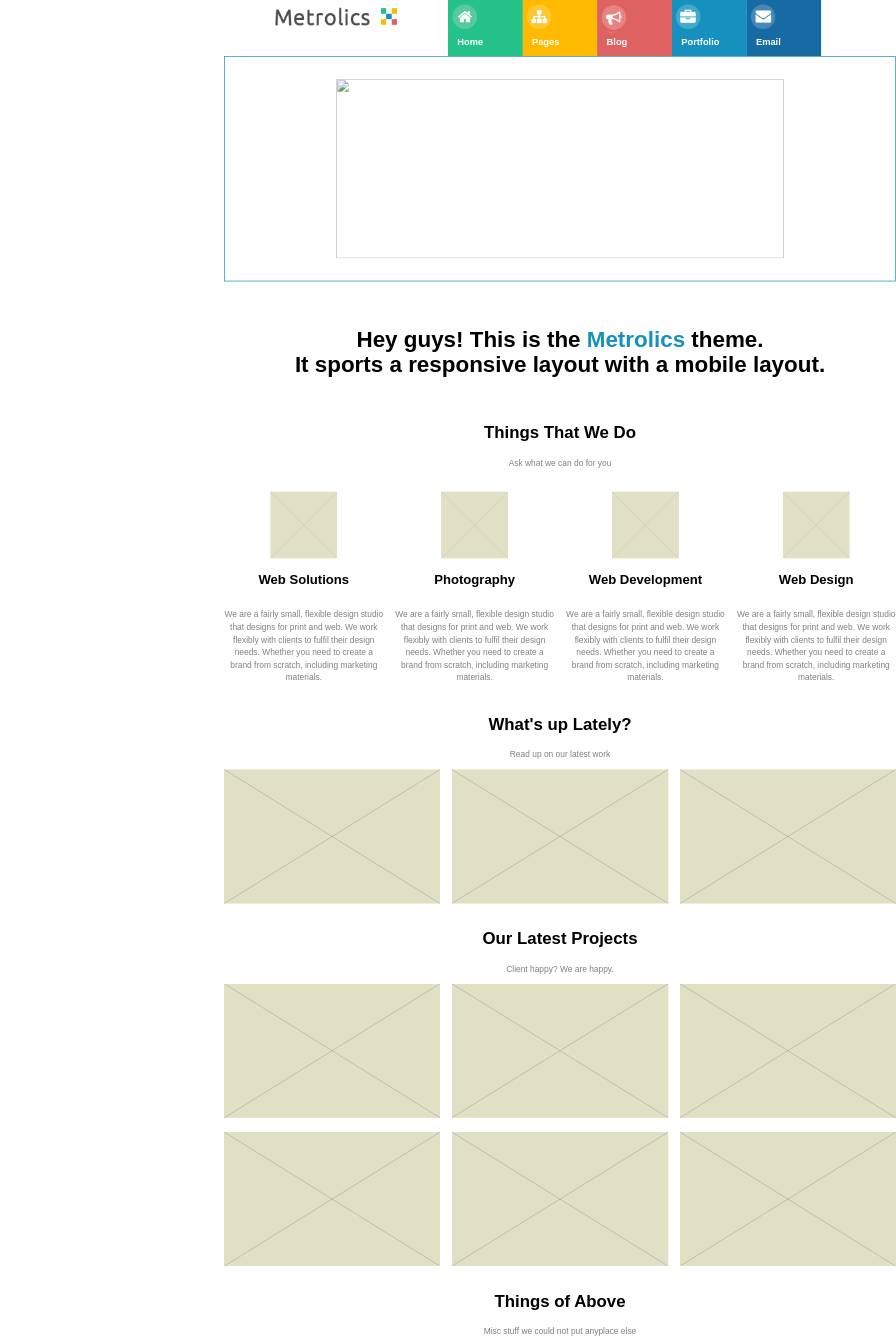
Repository: pjiang604/mdia2003-lab03b
Page: index.html
An editor plug-in stored every save of this project. The page is shown before and after a run of saves, followed by the edit.
The browser window is 1280 px wide. The pictures show the part of the page from y = 0 to 1920 px (the page is 2722 px tall), at 70% of full size.

Above is the page before, as saved 2023-01-31 21:10:54.

### index.html
<!DOCTYPE html>
<html lang="en">

<head>
    <meta charset="UTF-8">
    <meta http-equiv="X-UA-Compatible" content="IE=edge">
    <meta name="viewport" content="width=device-width, initial-scale=1.0">
    <title>Metrolics</title>
    <link rel="stylesheet" href="style.css">
    <link rel="preconnect" href="https://fonts.google.com/specimen/Ubuntu?query=ubuntu">
</head>

<body>
    <nav>
        <div class="nav row l-col-6-1 m-col-6-1 s-col-2-2">
            <div class="logoColumn">
                <img src="img/icons/logo.png" alt="logo" class="logo">
            </div>
            <a href="/">
                <div class="col hide navTab homeTab">
                    <img src="img/icons/home.png" class="navBarIcons">
                    <h5>Home</h5>
                </div>
            </a>
            <a href="/">
                <div class="col hide navTab pagesTab">
                    <img src="img/icons/pages.png" class="navBarIcons">
                    <h5> Pages</h5>
                </div>
            </a>
            <a href="/">
                <div class="col hide navTab blogTab">
                    <img src="img/icons/blog.png" class="navBarIcons">
                    <h5>Blog</h5>
                </div>
            </a>
            <a href="/">
                <div class="col hide navTab portfolioTab">
                    <img src="img/icons/portfolio.png" class="navBarIcons">
                    <h5>Portfolio</h5>
                </div>
            </a>
            <a href="/">
                <div class="col hide navTab emailTab">
                    <img src="img/icons/email.png" class="navBarIcons">
                    <h5>Email</h5>
                </div>
            </a>
            <div class="col hamburger">
                <p>[HAM MENU]</p>
            </div>
        </div>
    </nav>

    <div class="carousel hide">
        <div class="carouselSlides">
            <img class="carouselPicture" src="">
        </div>
    </div>

    <main>
    <div class="tagLine">
        <h1>Hey guys! This is the <span class="metroColor">Metrolics</span> theme.<br> It sports a responsive layout
            with a mobile layout.</h1>
    </div>

    <div class="services-section">
        <div class="col headerMargin">
            <h2>Things That We Do</h2>
            <p>Ask what we can do for you</p>
        </div>
        <div class="row l-col-4-1 m-col-2-1 s-col-1-4">
            <div class="col card">
                <img src="img/placeholder.svg" class="serviceImg" alt="">
                <h3>Web Solutions</h3>
                <p>We are a fairly small, flexible design studio that designs for print and web. We work flexibly with
                    clients to fulfil their design needs. Whether you need to create a brand from scratch, including
                    marketing materials.</p>
            </div>
            <div class="col card">
                <img src="img/placeholder.svg" class="serviceImg" alt="">
                <h3>Photography</h3>
                <p>We are a fairly small, flexible design studio that designs for print and web. We work flexibly with
                    clients to fulfil their design needs. Whether you need to create a brand from scratch, including
                    marketing materials.</p>

            </div>
            <div class="col card">
                <img src="img/placeholder.svg" class="serviceImg" alt="">
                <h3>Web Development</h3>
                <p>We are a fairly small, flexible design studio that designs for print and web. We work flexibly with
                    clients to fulfil their design needs. Whether you need to create a brand from scratch, including
                    marketing materials.</p>
            </div>
            <div class="col card">
                <img src="img/placeholder.svg" class="serviceImg" alt="">
                <h3>Web Design</h3>
                <p>We are a fairly small, flexible design studio that designs for print and web. We work flexibly with
                    clients to fulfil their design needs. Whether you need to create a brand from scratch, including
                    marketing materials.</p>
            </div>
        </div>
    </div>
    <div class="recent-news headerMargin">
        <div class="col">
            <h2>What's up Lately?</h2>
            <p>Read up on our latest work</p>
        </div>
        <div class="row l-col-3-1 m-col-2-1 s-col-1-4">
            <div class="col">
                <img src="img/placeholder.svg" class="image-post" alt="">
            </div>
            <div class="col">
                <img src="img/placeholder.svg" class="image-post" alt="">
            </div>
            <div class="col">
                <img src="img/placeholder.svg" class="image-post" alt="">
            </div>
            <div class="hidden-photo">
                <img src="img/placeholder.svg" class="image-post" alt="">
            </div>
        </div>
    </div>
    <div class="latest-projects-section headerMargin">
        <div class="col">
            <h2>Our Latest Projects</h2>
            <p>Client happy? We are happy.</p>
        </div>
        <div class="row l-col-3-1 m-col-2-1 s-col-1-1">
            <div class="col">
                <img src="img/placeholder.svg" class="image-post" alt="">
            </div>
            <div class="col">
                <img src="img/placeholder.svg" class="image-post" alt="">
            </div>
            <div class="col">
                <img src="img/placeholder.svg" class="image-post" alt="">
            </div>
            <div class="col">
                <img src="img/placeholder.svg" class="image-post" alt="">
            </div>
            <div class="col">
                <img src="img/placeholder.svg" class="image-post" alt="">
            </div>
            <div class="col">
                <img src="img/placeholder.svg" class="image-post" alt="">
            </div>
        </div>
    </div>

    <div class="col headerMargin">
        <h2>Things of Above</h2>
        <p>Misc stuff we could not put anyplace else</p>
    </div>
    <div class="row accordion l-col-2-1 m-col-1-2 s-col-1-1">
        <div class="col">
            <p>[ACCORDION HERE]</p>
        </div>
        <div class="col">
            <p>[TABS HERE]</p>
        </div>
    </div>



    <div class="row companies l-col-5-1 m-col-5-1">
        <div class="col">
            <img src="img/placeholder.svg" class="comp-logo" alt="">
        </div>
        <div class="col">
            <img src="img/placeholder.svg" class="comp-logo" alt="">
        </div>
        <div class="col">
            <img src="img/placeholder.svg" class="comp-logo" alt="">
        </div>
        <div class="col">
            <img src="img/placeholder.svg" class="comp-logo" alt="">
        </div>
        <div class="col">
            <img src="img/placeholder.svg" class="comp-logo" alt="">
        </div>
    </div>
</main>

    <footer>

        <div class="row l-col-2-4 m-col-2-4 s-col-2-1 author">
            <div class="col">
                <img src="img/placeholder.svg" class="headshot" alt="">
            </div>
            <div class="col">
                <h5>Peewee Herman</h5>
                <p>Peewee has over 10 years expeience in the industry. He is our Creative Director, digital designer,
                    web designer and front-end developer. He is also pretty good with a sketch-book. Before starting the
                    company Peewee worked as a designer and studio manager for a design house who boasted a number of
                    big name clients.</p>
            </div>
        </div>

        <div class="row l-footer-grid m-row m-footer-grid">
            <div class="col about-socials">
                <h3 class="m-row hide">About Us</h3>
                <p class="m-row hide">Lorem ipsum dolor sit amet consectetur adipisicing elit. Neque, illo! Deserunt quo
                    nostrum
                    quaerat, cum dolores aut. Recusandae voluptates, nisi a explicabo, in autem vitae eius iste
                    temporibus dolorem corporis.</p>
                <div class="row l-col-5-1 m-col-5-1 s-col-5-1">
                    <div class="col">
                        <img src="img/placeholder.svg" class="social-img" alt="">
                    </div>
                    <div class="col">
                        <img src="img/placeholder.svg" class="social-img" alt="">
                    </div>
                    <div class="col">
                        <img src="img/placeholder.svg" class="social-img" alt="">
                    </div>
                    <div class="col">
                        <img src="img/placeholder.svg" class="social-img" alt="">
                    </div>
                    <div class="col">
                        <img src="img/placeholder.svg" class="social-img" alt="">
                    </div>
                </div>
            </div>

            <div class="col flickr">
                <h3>Flickr Photos</h3>
                <div class="row l-col-3-1 m-col-3-1">
                    <div class="col">
                        <img src="img/placeholder.svg" class="flickr-img" alt="">
                    </div>
                    <div class="col">
                        <img src="img/placeholder.svg" class="flickr-img" alt="">
                    </div>
                    <div class="col">
                        <img src="img/placeholder.svg" class="flickr-img" alt="">
                    </div>
                    <div class="col">
                        <img src="img/placeholder.svg" class="flickr-img" alt="">
                    </div>
                    <div class="col">
                        <img src="img/placeholder.svg" class="flickr-img" alt="">
                    </div>
                    <div class="col">
                        <img src="img/placeholder.svg" class="flickr-img" alt="">
                    </div>
                </div>
            </div>

            <div class="row live-social m-col">
                <div>
                    <h3>Recent Tweets</h3>
                </div>
                <div>
                    <p>[TWEET TEXT]</p>
                </div>
                <div>
                    <p>[TWEET TEXT]</p>
                </div>
            </div>

            <div class="col newsletter">
                <div class="row m-col-1-1">
                    <h3>Newsletter</h3>
                    <div class="col">
                        <p>Lorem ipsum, dolor sit amet consectetur adipisicing elit. Quam, iusto provident labore quos
                            ipsa
                            voluptas.</p>
                    </div>
                    <div class="col">
                        <label for="email">Enter your Email...</label>
                        <input type="email" id="email">
                    </div>

                </div>
            </div>
        </div>

        <div class="row footer-decor">
            <div class="decor"></div>
            <div class="decor"></div>
            <div class="decor"></div>
            <div class="decor"></div>
            <div class="decor"></div>
        </div>

    </footer>

</body>



</html>

### style.css
:root {
    --green: #25c389;
    --yellow: #ffb901;
    --red: #de6262;
    --lightBlue: #1691bd;
    --darkBlue: #166ba2;
    --navy: #16242f;

}

html {
    height: 100vh;
    width: 100vw;
}

body {
    width: 60em;
    margin: 0 20em;
    box-sizing: border-box;
}


.headerMargin {
    margin: 2em 0;
}

nav,
main {
    font-family: Ubuntu, sans-serif;
    font-weight: 300;
    text-decoration: none;
    text-align: center;
}

p {
    font-size: 12px;
    color: grey;
    line-height: 1.5em;
}

a {
    text-decoration: none;
}

.row {
    display: grid;
    row-gap: 1rem;
}

.col {
    position: relative;
}

.flickr-img {
    width: 100%;
}


.social-img {
    width: 100%;
}


.footer-decor {
    grid-template-columns: 3fr 1fr 1fr 1fr 1fr 1fr;
}


/*Nav Bar*/

.nav {
    height: 5em;
}

nav h5 {
    color: white;
    position: absolute;
    bottom: 0;
    padding: 1em;
    margin: 0;
}

.navBarIcons {
    display:flex;
    justify-content:center;
    align-items:center;
    width:3em;
    height:3em;
}

.navBarIcons img {
    width:10em;
    height:20em;
    object-fit:cover;
}

.logo {
    width: 60%;
    height: 3em;
    object-fit: cover;
    align-items:baseline;
}

.navTab {
    height: 5em;
    display: flex;
}

.homeTab {
    background-color: var(--green);
}

.pagesTab {
    background-color: var(--yellow);
}

.blogTab {
    background-color: var(--red);
}

.portfolioTab {
    background-color: var(--lightBlue);
}

.emailTab {
    background-color: var(--darkBlue);
}

.hamburger {
    display: none;
}

/*Carousel*/

.carousel {
    display:flex;
    justify-content:center;
    align-items:center;
    height: 20em;
    border: 1px solid var(--lightBlue);
}

.carouselPicture img {
    object-fit:cover;
    width: 50em;
    height: 50em;
}

.carouselPicture {
    width:50vw;
    height:20vw;
    display:flex;
    align-items:center;
}

/*Tag Line*/
.tagLine {
    margin: 4em 0;
}

.metroColor {
    color: var(--lightBlue);
}

/*Services Section*/

.serviceImg {
    height: 6em;
    width: 6em;
    object-fit: cover;
}

.card {
    display: flex;
    flex-direction: column;
    align-items: center;
}

/*Recent News*/
.image-post {
    width: 100%;
    height: 12em;
}

/*Accordion*/
.accordion {
    height: 20em;
    border: 1px solid var(--lightBlue);
}

/*Companies*/
.companies {
    column-gap: 2em;
    margin: 1em 0;
}

.comp-logo {
    width: 100%;
    height: 4em;
    object-fit: cover;
}

/*FOOTER*/

footer {
    background: var(--navy);
    color: white;
    font-family: Ubuntu, sans-serif;
    font-weight: 300;
    text-decoration: none;
    width: 100%;
}


footer p {
    color: white;
}

.headshot {
    width: 4em;
    height: 4em;
    object-fit: cover;
    border-radius: 100%;
}

/** small/mobile version */
@media screen and (max-width:29.9375em) {
    .row {
        max-width: 70em;
        column-gap: .5rem;
        row-gap: 1.5rem;
        margin: 0 auto;

    }

    .hide,
    .flickr,
    .newsletter,
    .companies {
        display: none;
    }

    .hamburger {
        display: contents;
    }

    .s-col-1-4 {
        grid-template-columns: 4fr;
    }

    .s-col-2-2 {
        grid-template-columns: repeat(2, 2fr);
    }

    .s-col-1-1 {
        grid-template-columns: 1fr;
    }

    .s-col-5-1 {
        grid-template-columns: repeat(5, 1fr);
    }

    .s-col-2-1 {
        grid-template-columns: repeat(2, 1fr);
    }

    .footer-grid {
        display: none;
    }

    .hidden-photo {
        display: content;
        background-color: orange;
    }

    .accordion {
        display: none;
    }
}

/** medium and up. applicable for both tablet and mobile version */
@media screen and (max-width:30em) {
    .carousel {
        display: none;
    }

    .image-post.hide {
        display: contents;
    }

    .hidden-photo {
        display: content;
        background-color: orange;
    }

}

/** medium only */
@media screen and (min-width:40em) and (max-width:63.9375em) {

    .hide {
        display: contents;
    }

    .m-footer-grid {
        grid-template-columns: repeat(2, 1fr);
    }

    .m-row {
        display: grid;
        row-gap: 1rem;
    }

    .m-col {
        position: relative;
    }

    .m-col-6-1 {
        grid-template-columns: 3fr 1fr 1fr 1fr 1fr 1fr;
    }

    .m-col-2-1 {
        grid-template-columns: repeat(2, 1fr);
        column-gap: 1rem;
    }

    .m-col-5-1 {
        grid-template-columns: repeat(5, 1fr);
        column-gap: 1rem;
    }

    .m-col-2-4 {
        grid-template-columns: 1fr 4fr;
    }

    .m-col-3-1 {
        grid-template-columns: repeat(3, 1fr);
        column-gap: 1rem;
    }

    .m-col-1-1 {
        grid-template-columns: 1fr
    }

    .m-col-1-2 {
        grid-template-columns: repeat(1, 2fr);
    }

    .hidden-photo {
        display: content;
        background-color: orange;
    }

}

/** large only */
@media screen and (min-width:64em) {

    .l-col-6-1 {
        grid-template-columns: 3fr 1fr 1fr 1fr 1fr 1fr 1fr;
    }

    .l-col-4-1 {
        grid-template-columns: repeat(4, 1fr);
        column-gap: 1rem;
    }

    .l-col-3-1 {
        grid-template-columns: repeat(3, 1fr);
        column-gap: 1rem;
    }

    .l-col-5-1 {
        grid-template-columns: repeat(5, 1fr);
    }

    .l-col-2-4 {
        grid-template-columns: 1fr 4fr;
    }

    .l-col-3-1 {
        grid-template-columns: repeat(3, 1fr);
        column-gap: 1rem;
    }

    .l-col-2-1 {
        grid-template-columns: repeat(2, 1fr);
        column-gap: 1rem;
    }

    .image-post.hide {
        display: none;
    }

    .l-footer-grid {
        grid-template-columns: repeat(4, 1fr);
    }

    .hidden-photo {
        display: none;
    }

}

### img/placeholder.svg
<!-- Created with PhotoLine 21.40B9 (www.pl32.com) -->
<!DOCTYPE svg PUBLIC "-//W3C//DTD SVG 1.1//EN" "http://www.w3.org/Graphics/SVG/1.1/DTD/svg11.dtd"[]>
<svg width="1024" height="1024" version="1.1" xmlns="http://www.w3.org/2000/svg" xmlns:xlink="http://www.w3.org/1999/xlink">
  <g id="Square/Rectangle">
    <rect fill="#e0e0c4" fill-rule="evenodd" width="1024" height="1024" />
  </g>
  <path stroke-width="2" stroke-miterlimit="10" fill="none" stroke="#808080" d="M0 0 L1024 1024" />
  <g transform="matrix(0 1 -1 0 1024 0)">
    <path transform="matrix(-0 -1.000001 1.000001 -0 0.000153 1024.000854)" stroke-width="2" stroke-miterlimit="10" fill="none" stroke="#808080" d="M1024 -0 L0 1024" />
  </g>
</svg>

After the next 2 saves:
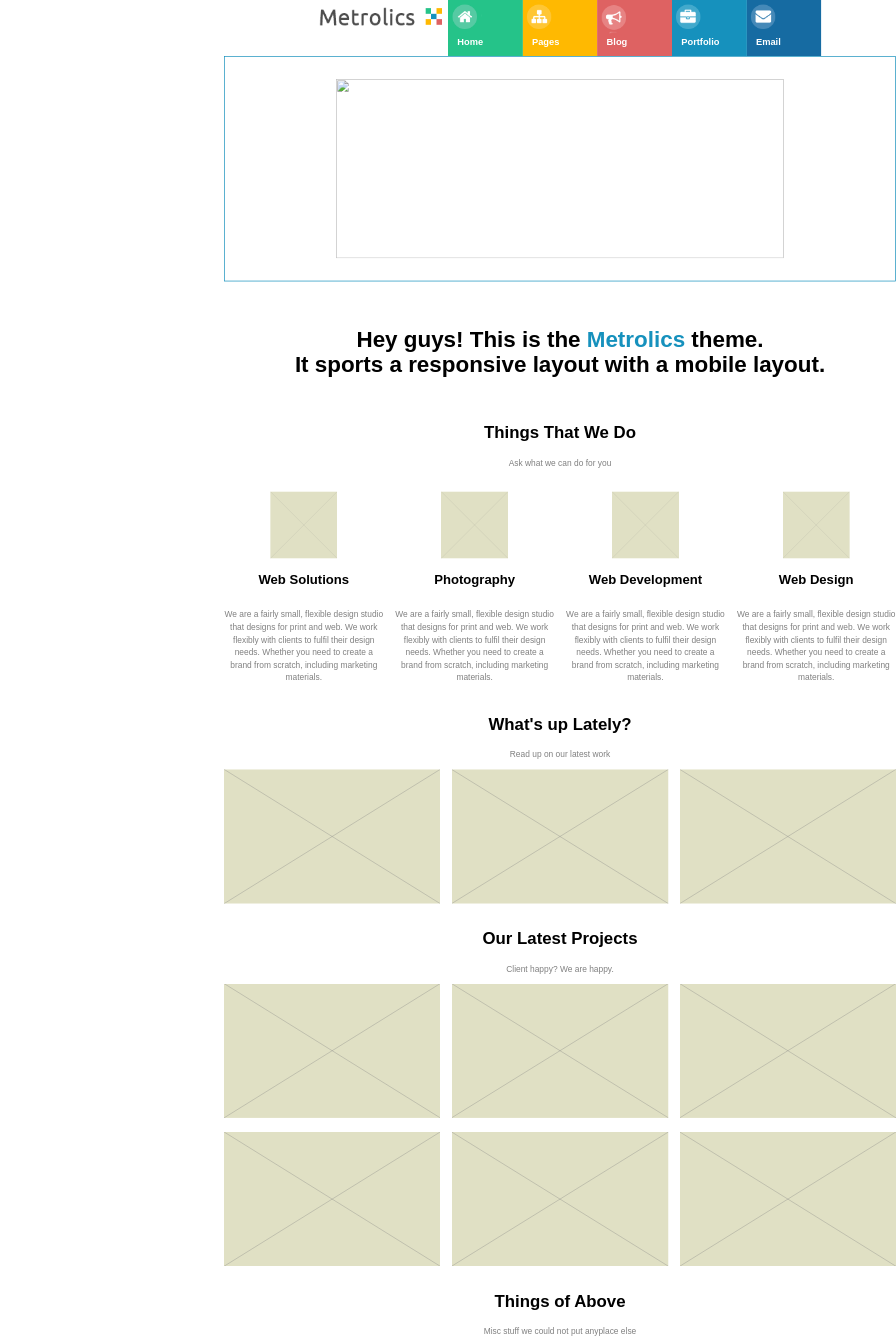
The 2 saves are shown as one change because they came seconds apart.
The last was saved 22 s later.
--- a/style.css
+++ b/style.css
@@ -98,7 +98,11 @@
     width: 60%;
     height: 3em;
     object-fit: cover;
-    align-items:baseline;
+}
+
+.logoColumn {
+    display:flex;
+    justify-content:end;
 }
 
 .navTab {

After the save that followed:
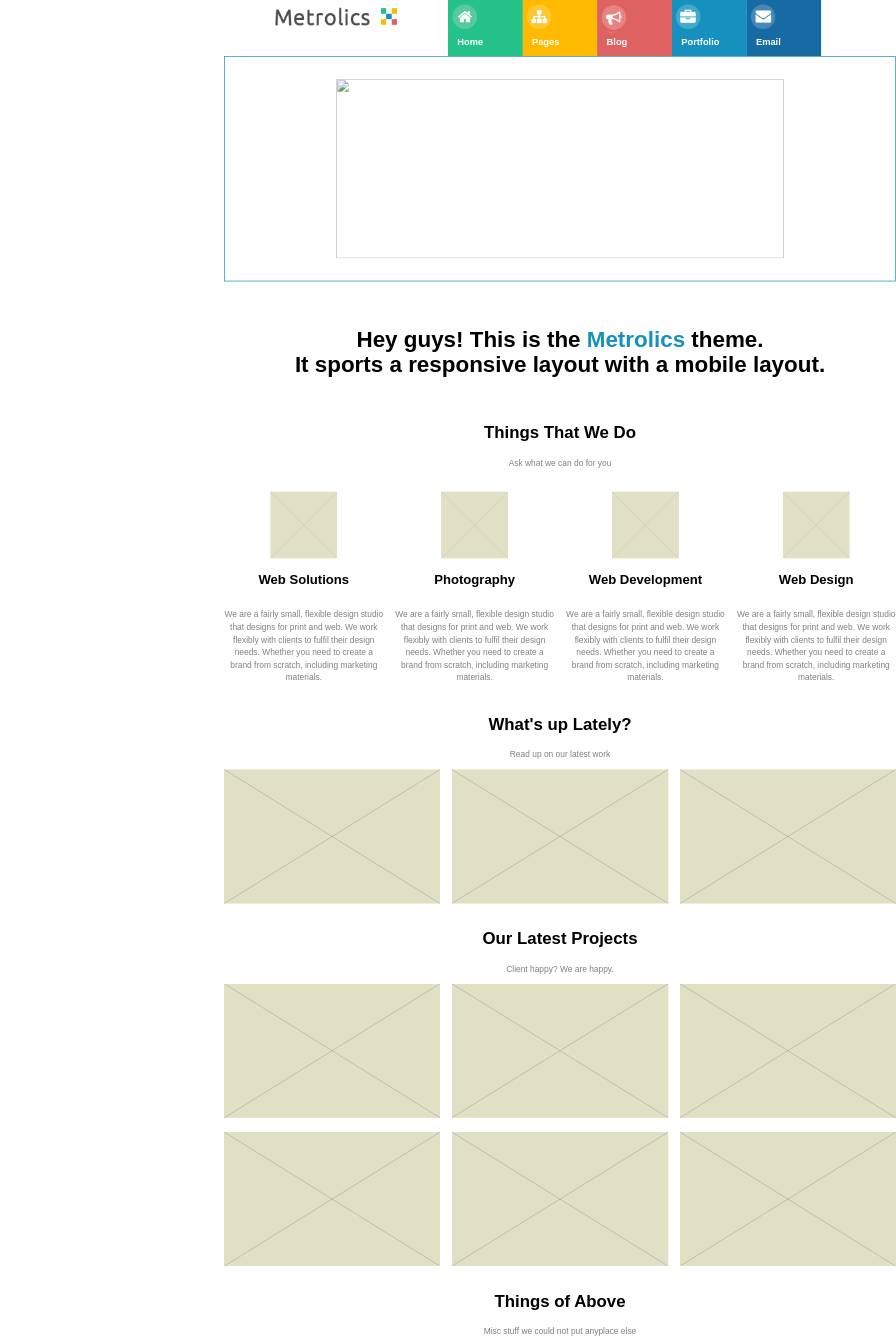
Saved 8 s later.
--- a/style.css
+++ b/style.css
@@ -102,7 +102,7 @@
 
 .logoColumn {
     display:flex;
-    justify-content:end;
+    justify-content:center;
 }
 
 .navTab {
